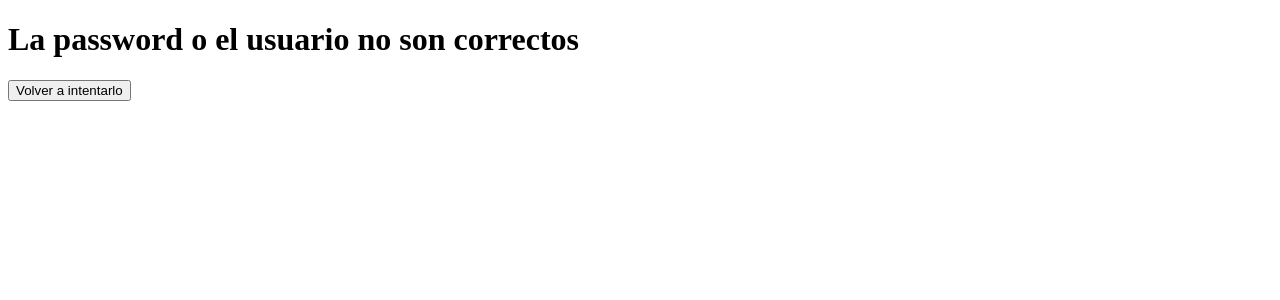
Repository: DGM140775/nocionesJava
Page: 05_Web/WebContent/error.html
The author's editor kept a copy of each file at every save. The page is drawn from the files as they stood at one save, then again after the next save.
The browser window is 1280 px wide. The pictures show the whole page.

Above is the page before, as saved 2019-04-25 10:02:05.

After the next save:
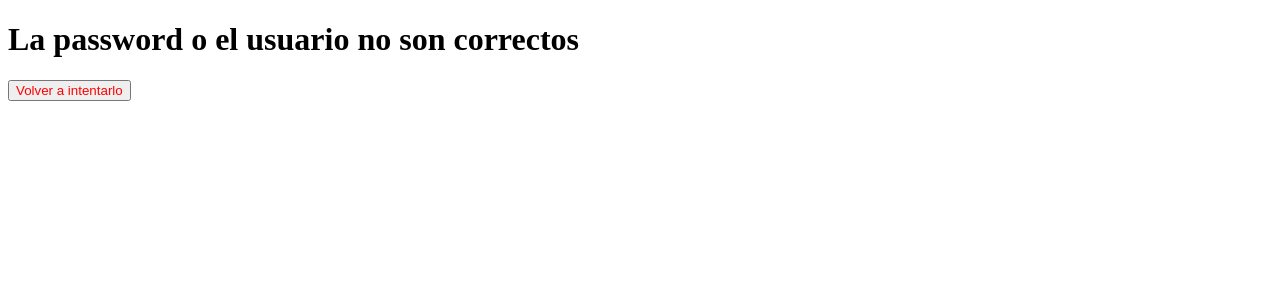
Saved 6 min 54 s later.
--- a/05_Web/WebContent/error.html
+++ b/05_Web/WebContent/error.html
@@ -6,6 +6,6 @@
 </head>
 <body>
 	<h1>La password o el usuario no son correctos</h1>
-	<input type="button" name="Volver" Value="Volver a intentarlo" onclick="history.back()">
+	<input type="button" name="Volver" Value="Volver a intentarlo" onclick="history.back()" style="color: red">
 </body>
 </html>
